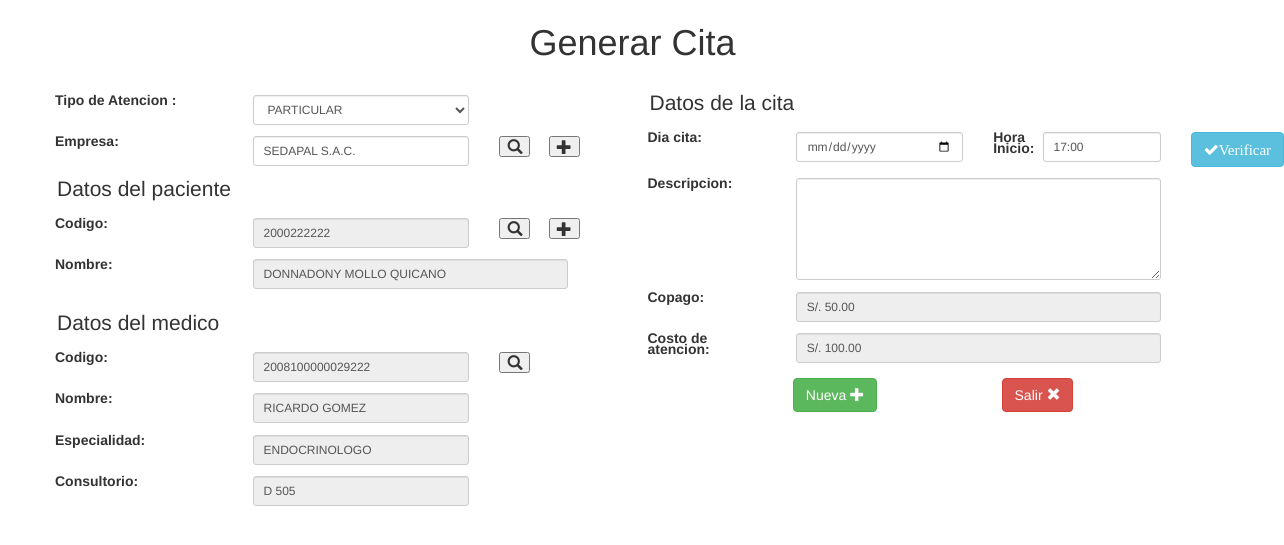
Repository: Donyx10/ADSII-ProyectoClinica
Page: http://localhost/AvanceWeb/GeneraCitaMedica.jsp
These files come from the project's save history. The page is drawn as it stood at one moment and after the next save; the edit follows.
The browser window is 1280 px wide. The page is 1284 px wide, so the pictures cover 1284 px, including what lies to the right of the window. The pictures show the whole page.
Some web fonts or font styles are not loaded; a fallback is used. The page is served by Tomcat 9.

Above is the page before, as saved 2018-06-04 06:00:36.

After the next save:
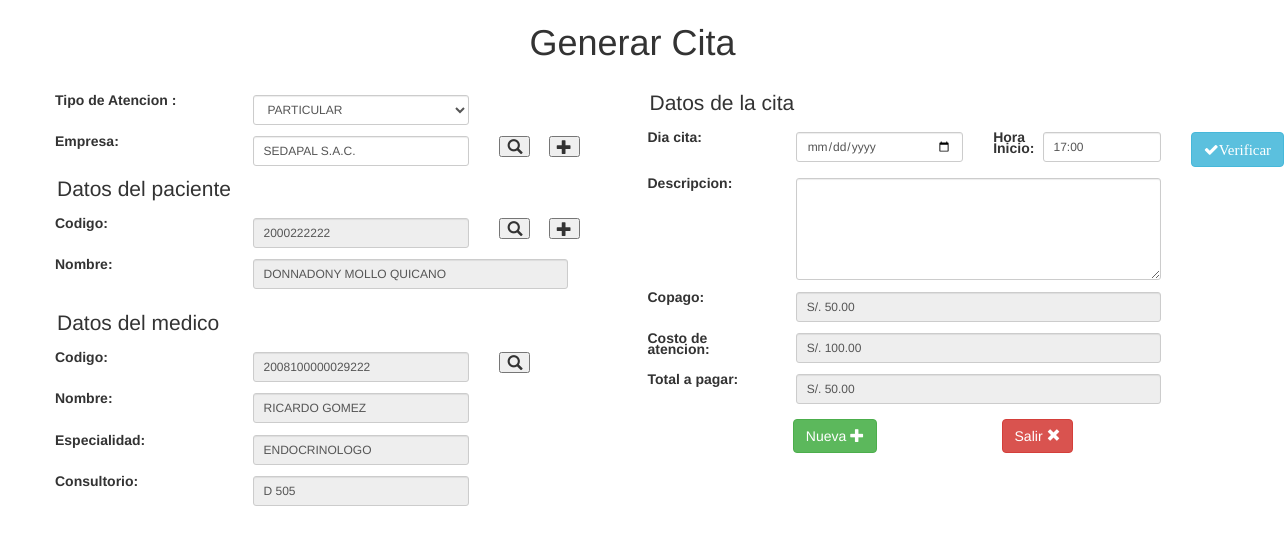
Saved 2 min 16 s later.
--- a/WebDemo/AvanceWeb/WebContent/GeneraCitaMedica.jsp
+++ b/WebDemo/AvanceWeb/WebContent/GeneraCitaMedica.jsp
@@ -252,6 +252,16 @@
 											value="S/. 100.00" placeholder="Hora" size="10">
 									</div>
 								</div>
+								<br>
+								<div class="row">
+									<div class="col-md-3">
+										<label class="" for="">Total a pagar:</label>
+									</div>
+									<div class="col-lg-8">
+										<input class="form-control input-sm" type="text" id="" name="" readonly="readonly"
+											value="S/. 50.00" placeholder="Hora" size="10">
+									</div>
+								</div>
 							</fieldset>
 						</div>
 					</div>
